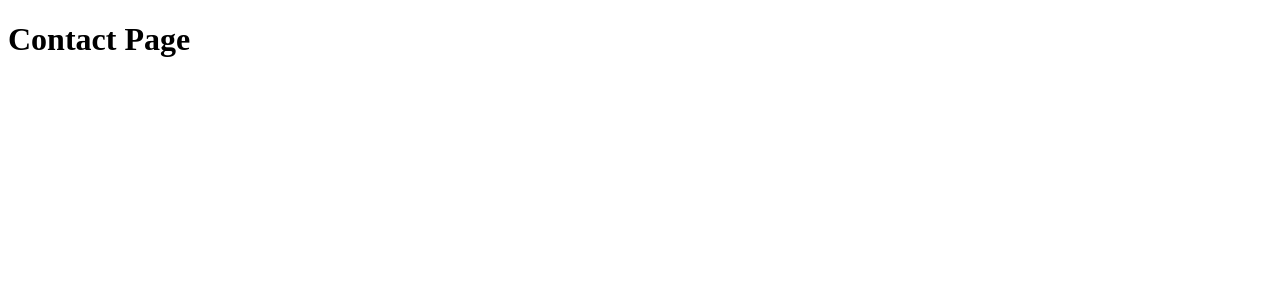
Repository: maianhbao9796/git_tutorial
Page: contact.html
An editor plug-in stored every save of this project. The page is shown before and after the next save, followed by the edit.
The browser window is 1280 px wide. The pictures show the whole page.

Above is the page before, as saved 2023-02-17 11:32:57.

After the next save:
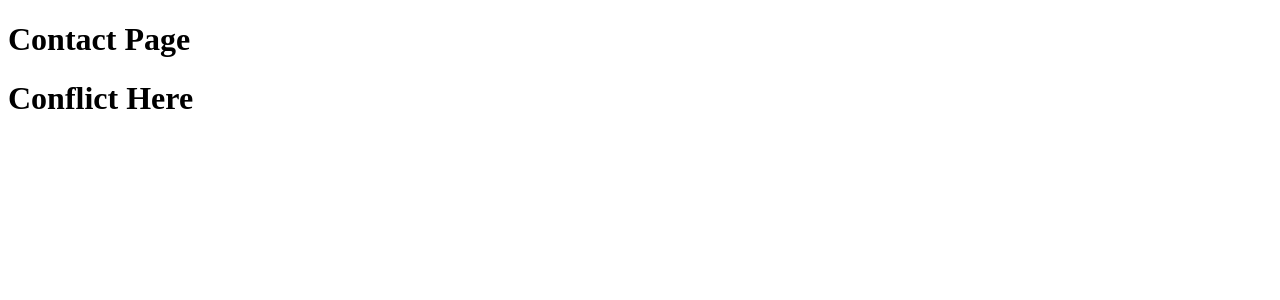
Saved 87 s later.
--- a/contact.html
+++ b/contact.html
@@ -8,5 +8,6 @@
 </head>
 <body>
     <h1>Contact Page</h1>
+    <h1>Conflict Here</h1>
 </body>
 </html>
